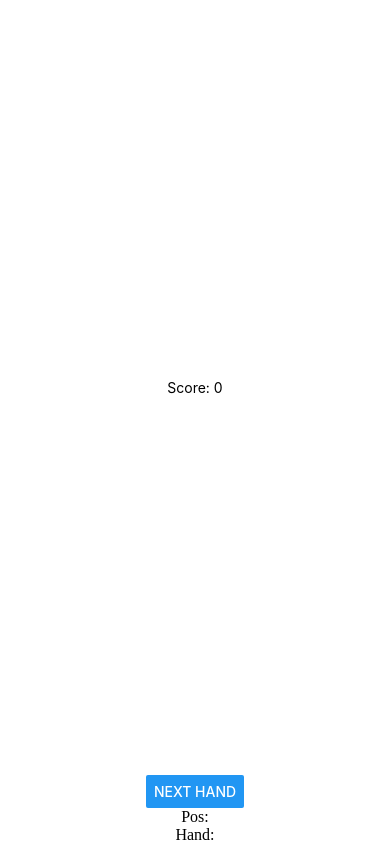
Repository: Nicholas-Kyle/RangeTrainer
Screen: /
These files come from the project's save history. The screen is drawn as it stood at one moment and after a run of saves; the edit follows.
The app was drawn by React Native's web renderer in a window 390 px wide. The project was rebuilt for these pictures with package versions that can differ from the ones it lists, and the page was loaded fresh each time. Also part of the build but not shown: RangeTrainer/ACTIONS.js, RangeTrainer/ActionButtonGroup.js.

Above is the screen before, as saved 2018-03-18 18:11:01.

After the next 3 saves:
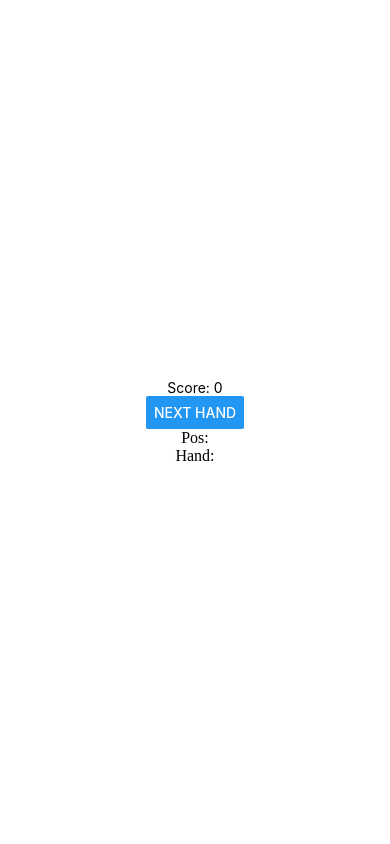
The 3 saves are shown as one change because they came seconds apart.
The last was saved 37 s later.
--- a/RangeTrainer/Scoreboard.js
+++ b/RangeTrainer/Scoreboard.js
@@ -1,20 +1,10 @@
 import React from "react";
 import { StyleSheet, Text, View } from "react-native";
-// import "./Scoreboard.css";
 
 const Scoreboard = ({ score }) => (
-  <View style={styles.container}>
+  <View>
     <Text>Score: {score}</Text>
   </View>
 );
 
 export default Scoreboard;
-
-const styles = StyleSheet.create({
-  container: {
-    flex: 1,
-    backgroundColor: "#fff",
-    alignItems: "center",
-    justifyContent: "center"
-  }
-});
